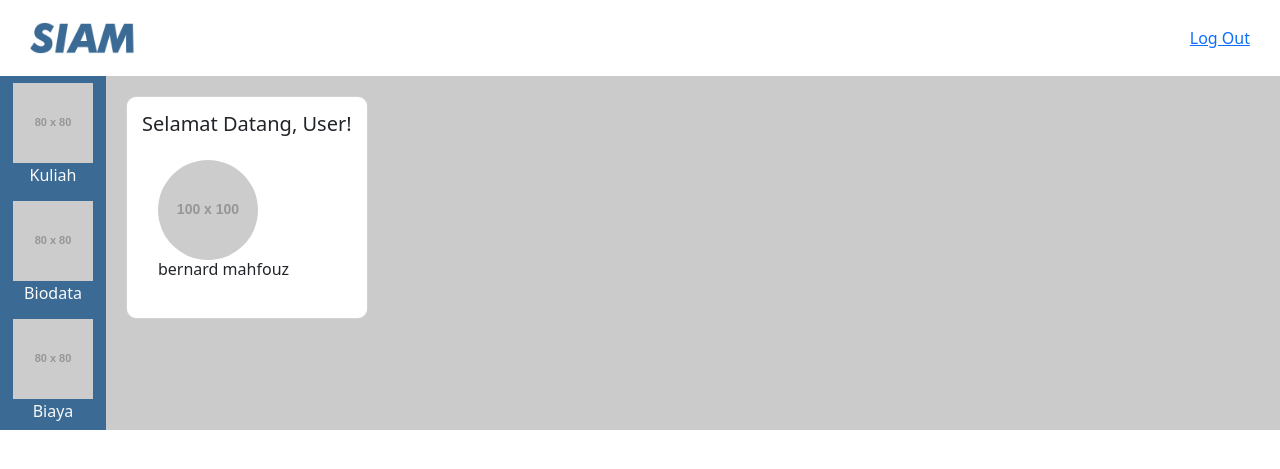
Repository: haikalirf/Project-IMK
Page: kuliah.html
An editor plug-in stored every save of this project. The page is shown before and after the next save, followed by the edit.
The browser window is 1280 px wide. The pictures show the whole page.

Above is the page before, as saved 2022-12-10 13:14:54.

After the next save:
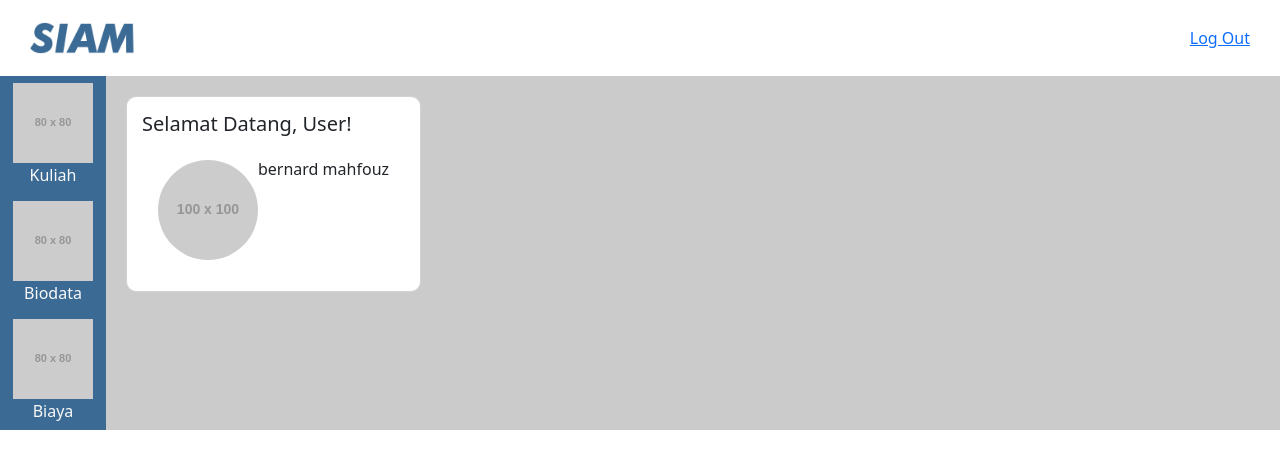
Saved 15 s later.
--- a/styles/kuliah.css
+++ b/styles/kuliah.css
@@ -37,3 +37,7 @@ main {
 	padding: 15px;
 	border-radius: 10px;
 }
+
+#card-body-user {
+	display: flex;
+}
